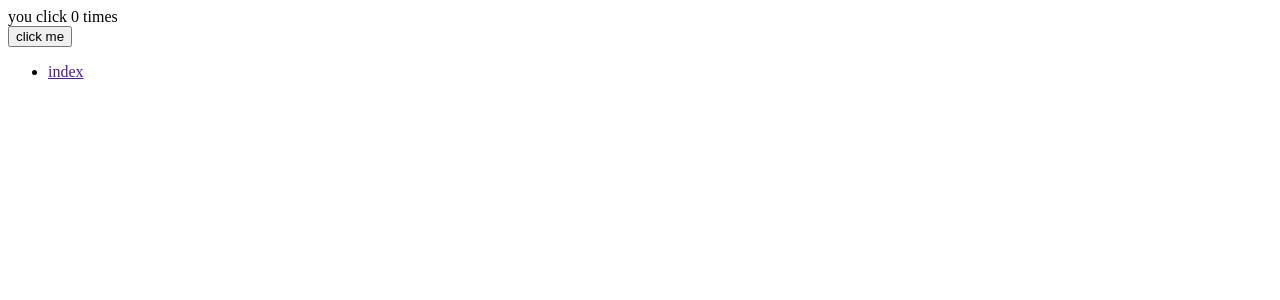
Repository: fuuka10969/react
Page: / (app in demo/react-hooks/demo01/)
The author's editor kept a copy of each file at every save. The page is drawn from the files as they stood at one save, then again after the next save.
The browser window is 1280 px wide. The pictures show the whole page.
The project was rebuilt for these pictures with package versions that can differ from the ones it lists, and the page was loaded fresh each time.

Above is the page before, as saved 2021-02-11 14:46:52.

After the next save:
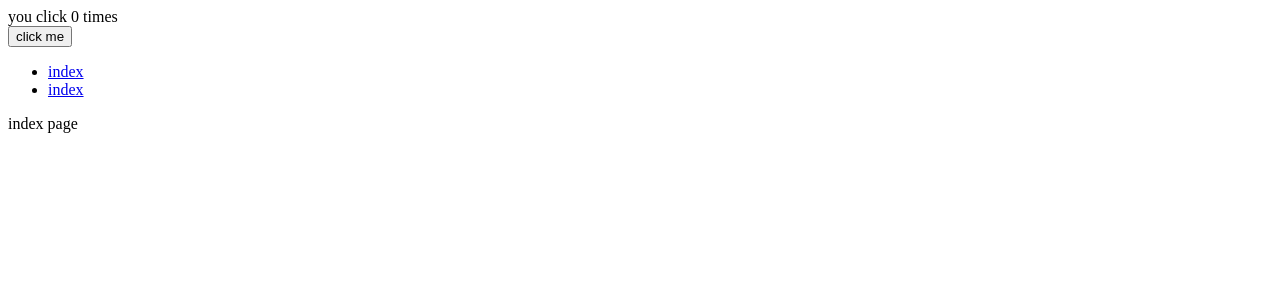
Saved 58 s later.
--- a/demo/react-hooks/demo01/src/Example.js
+++ b/demo/react-hooks/demo01/src/Example.js
@@ -24,9 +24,11 @@ function Example() {
         <button onClick={() => setCount(count+1)}>click me</button>
         <Router>
           <ul>
-            <li><Link>index</Link></li>
+            <li><Link to="/">index</Link></li>
+            <li><Link to="/list/">index</Link></li>
           </ul>
-          <Route path="/"></Route>
+          <Route path="/" exact component={Index}></Route>
+          <Route path="/list" component={List}></Route>
         </Router>
       </div>
   )
